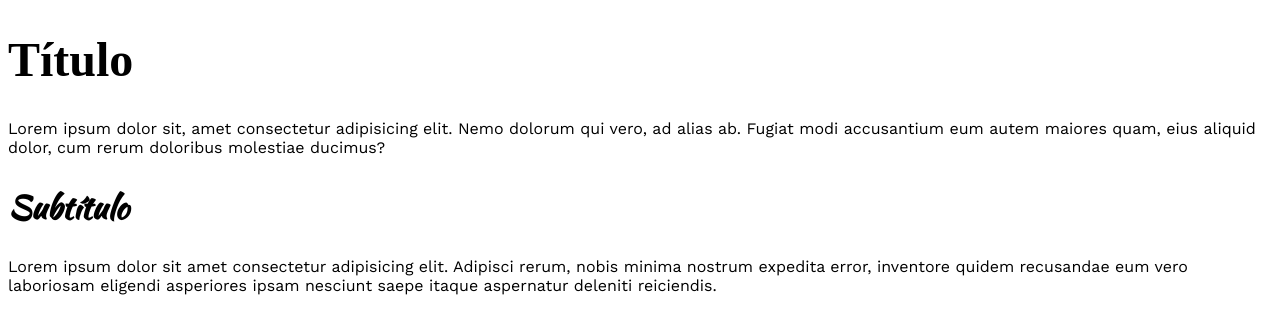
Repository: pheonix5/Estudo
Page: html-css/exercicios/ex018/fonte01.html
These files come from the project's save history. The page is drawn as it stood at one moment and after the next save; the edit follows.
The browser window is 1280 px wide. The pictures show the whole page.
Some web fonts or font styles are not loaded; a fallback is used.

Above is the page before, as saved 2023-08-12 23:42:11.

After the next save:
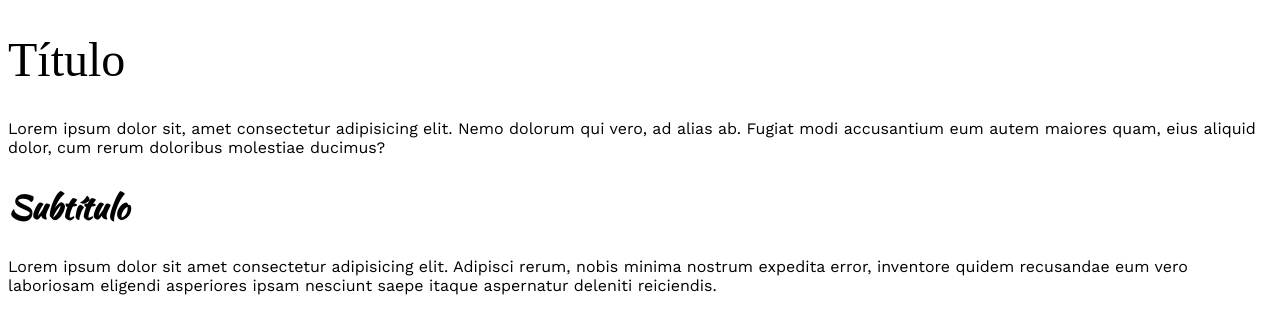
Saved 30 s later.
--- a/html-css/exercicios/ex018/fonte01.html
+++ b/html-css/exercicios/ex018/fonte01.html
@@ -18,6 +18,7 @@
     h1{
       font-family: 'Fredericka the Great', cursive;
       font-size: 3em;
+      font-weight: normal;
     }
 
     h2{
